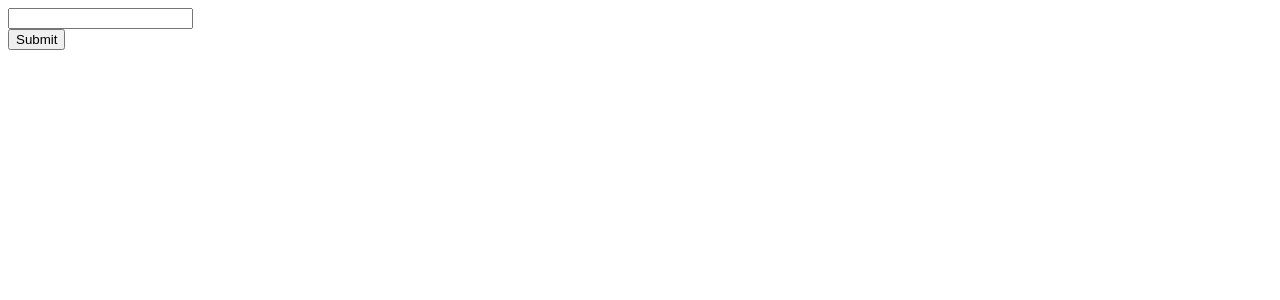
Repository: ljw2306/JSP
Page: HelloWorld/WebContent/dopost.html
These files come from the project's save history. The page is drawn as it stood at one moment and after the next save; the edit follows.
The browser window is 1280 px wide. The pictures show the whole page.

Above is the page before, as saved 2020-01-13 02:08:07.

After the next save:
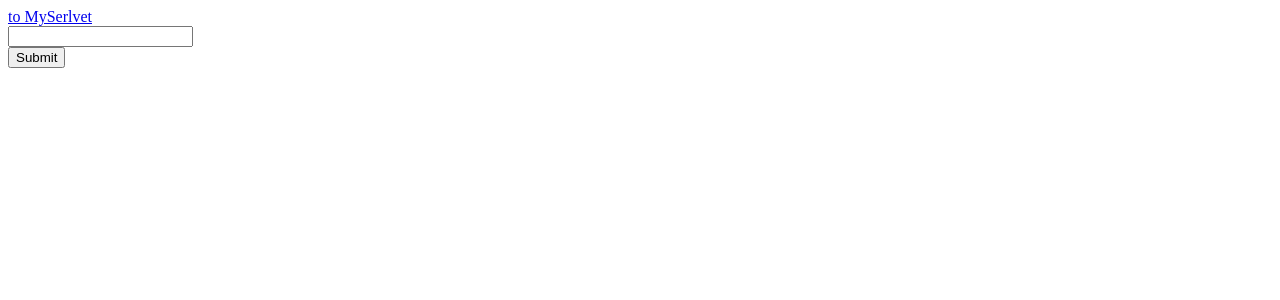
Saved 16 min 14 s later.
--- a/HelloWorld/WebContent/dopost.html
+++ b/HelloWorld/WebContent/dopost.html
@@ -5,6 +5,8 @@
 <title>Insert title here</title>
 </head>
 <body>
+
+	<a href="mys2">to MySerlvet</a>
 
 	<form action="mys2" method="post">
 		<input name="id"><br>
